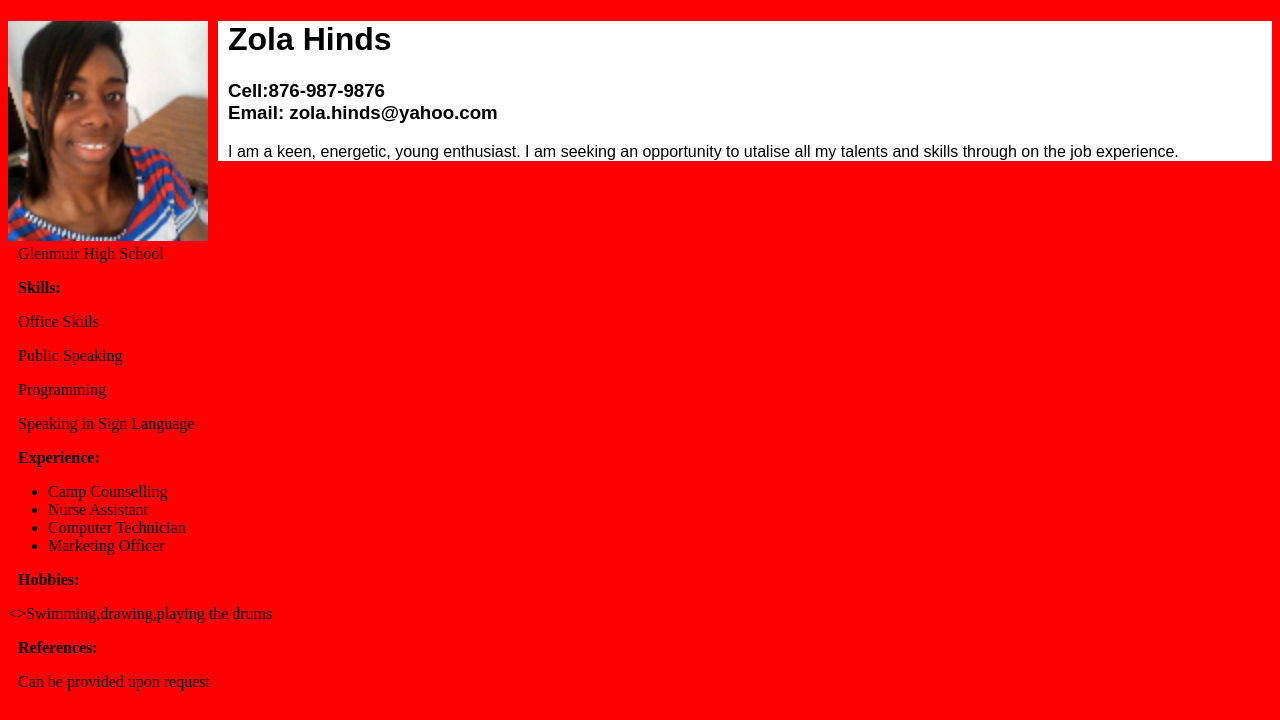
Repository: ZH94/Resume_6200Zola
Page: index.html
The author's editor kept a record of every edit. The page is drawn from the files as they stood at one moment, then again after the next edit.
The browser window is 1280 px wide. The pictures show the whole page.

Above is the page before.

After the next edit:
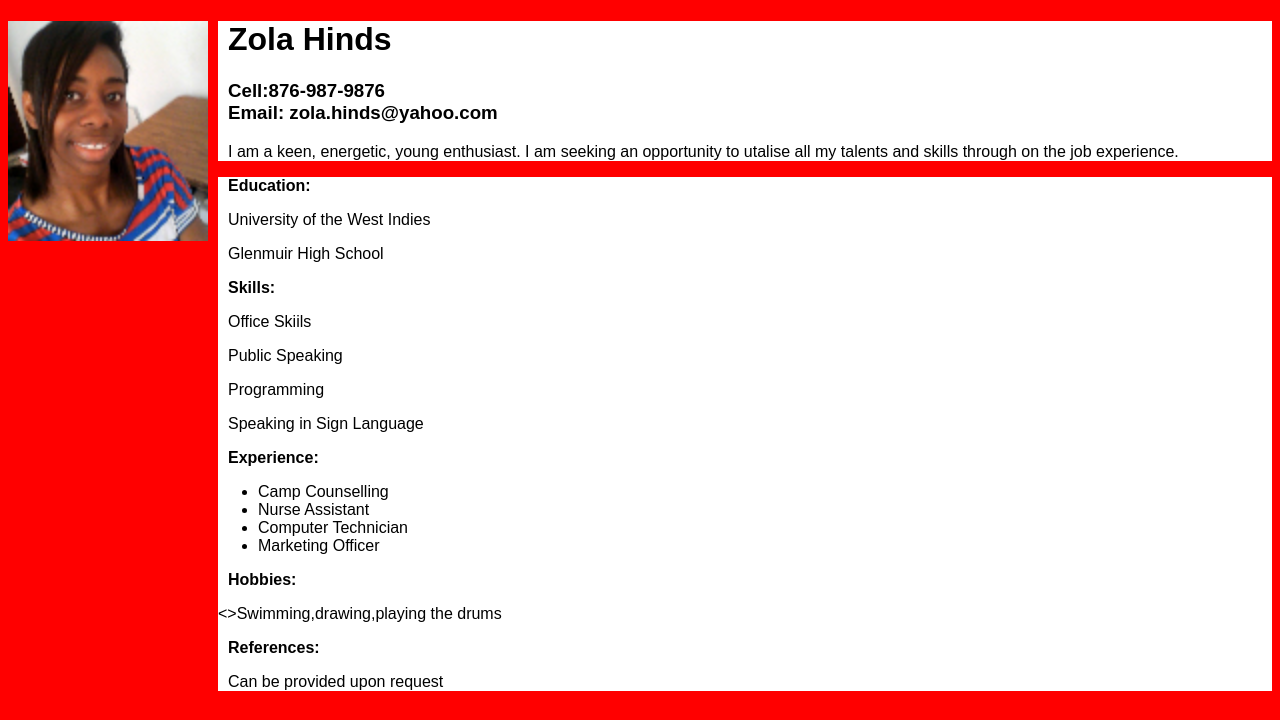
The edit:
--- a/index.html
+++ b/index.html
@@ -16,8 +16,8 @@
         Email: zola.hinds@yahoo.com</h3>
         <p>I am a keen, energetic, young enthusiast. I am seeking an opportunity to utalise all my talents and skills through on the job experience.</p>
     </div>
-   <bodydiv>
-        <p class>Education: </p>
+   <div>
+        <p><strong>Education:</strong></p>
 
         <p>University of the West Indies</p>
         <p><tab>Glenmuir High School</tab></p>
